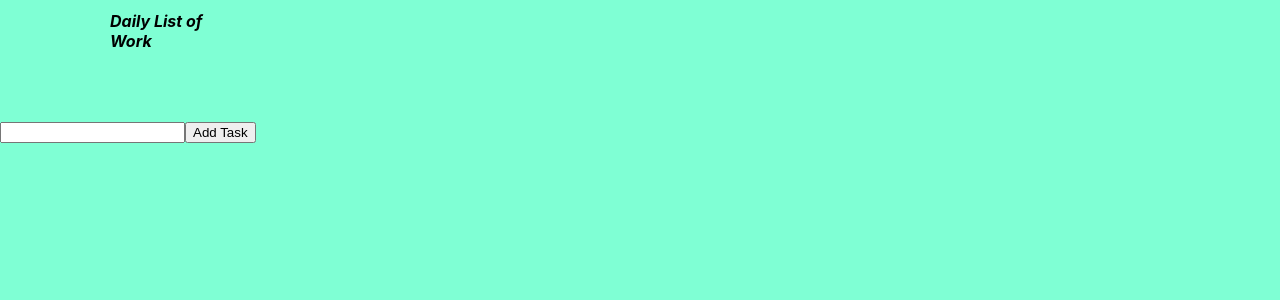
Repository: iamjayenmthakuri/todolist
Page: /
The author's editor kept a copy of each file at every save. The page is drawn from the files as they stood at one save, then again after the next save.
The browser window is 1280 px wide. The pictures show the whole page.
The project was rebuilt for these pictures with package versions that can differ from the ones it lists, and the page was loaded fresh each time.

Above is the page before, as saved 2022-09-19 10:24:03.

### src/App.js
import React from 'react';
import { useState } from 'react';
import "./App.css";

function App() {
  const [todoList, setTodoList] = useState([]);
  const [newTask, setNewTask] = useState("");

  const handleOnChange = (event) => {
    setNewTask(event.target.value)
  };

  const addTask = () => {
    const task = {
      id: todoList.length === 0 ? 1 : todoList[todoList.length - 1].id + 1,
      taskName: newTask,
    }
    setTodoList([...todoList, task]);
  };

  const deleteTask = (id) => {
    setTodoList(todoList.filter((task) => task.id !== id));
  };
  return (
    <div>
      <div><h1 className='title'>Daily List of Work</h1>

      <input onChange={handleOnChange} />
      <button onClick={addTask}>Add Task</button>
      {todoList.map((task) => {
        return (
          <div className='container'>
            <h1>{task.taskName}</h1>
            <button onClick={() => deleteTask(task.id)}>X</button>
          </div>
        );
      })}
    </div>
    </div>
  );
}

export default App;

### src/App.css
body{
  background-color: aquamarine;
  display:grid;
  background-position: center;
  position: absolute;
}
.title{
  height: 100px;
  width: 110px;
  font-size: medium;
  font-weight: bold;
  font-style: italic;
  background-position: center;
  transform: translate(100%);
}
.container{
  background-color: white;

}
#map{
  background-color: white;
  height: max-content;
  width: max-content;
}

Loaded but not shown: public/index.html (common file); src/index.js (common file); src/index.css (common file); src/reportWebVitals.js (common file)

After the next save:
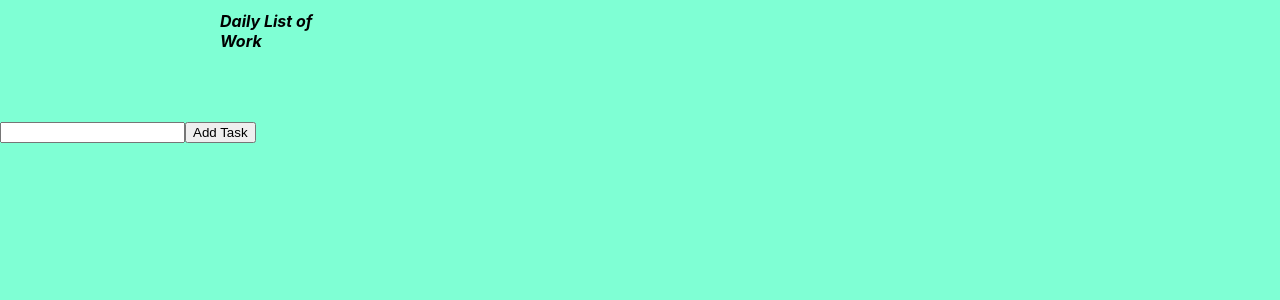
Saved 4 s later.
--- a/src/App.css
+++ b/src/App.css
@@ -11,7 +11,7 @@ body{
   font-weight: bold;
   font-style: italic;
   background-position: center;
-  transform: translate(100%);
+  transform: translate(200%);
 }
 .container{
   background-color: white;
